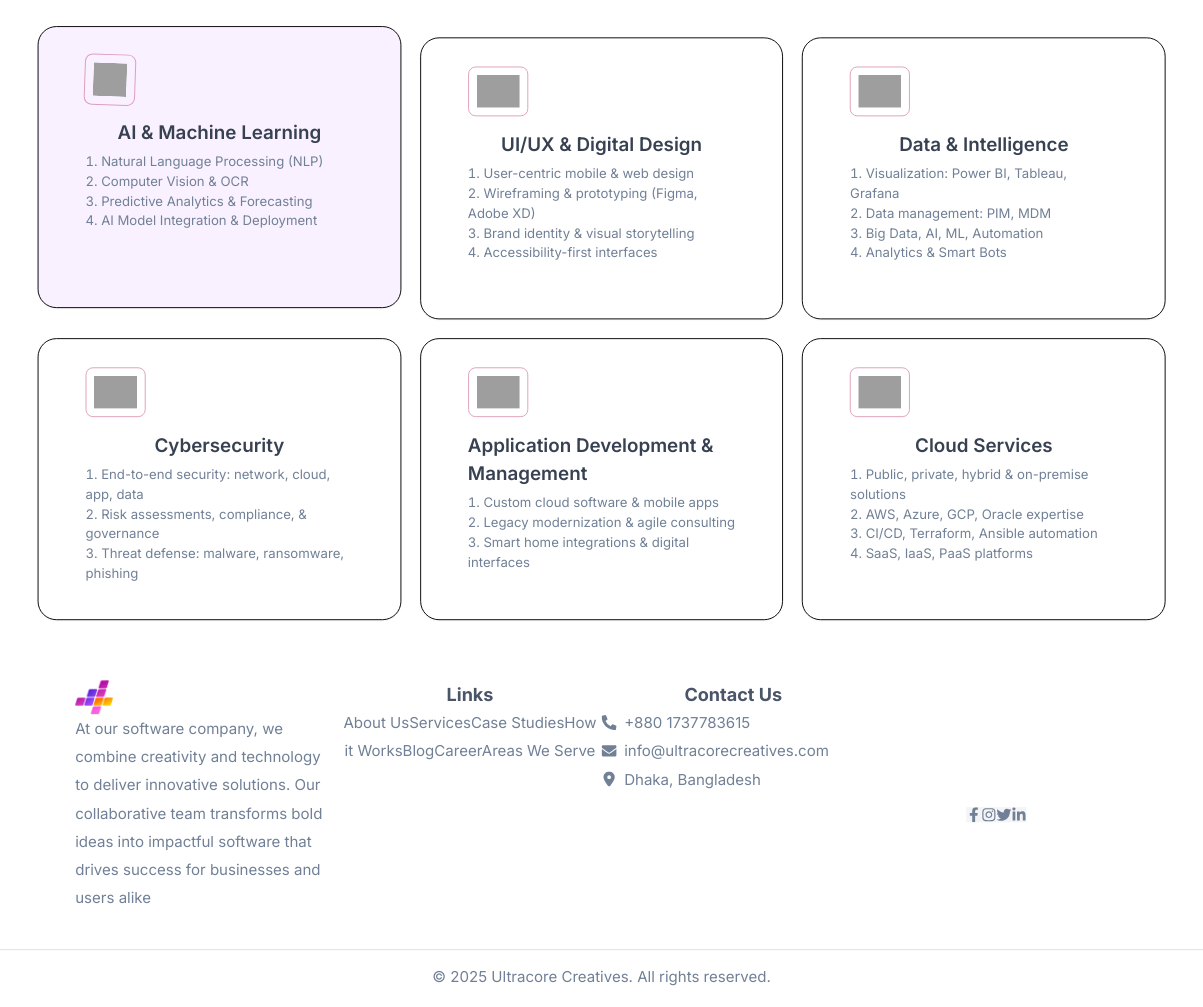
Repository: nazifat/ultra-core
Page: /services
An editor plug-in stored every save of this project. The page is shown before and after the next save, followed by the edit.
The browser window is 1280 px wide. The pictures show the part of the page from y = 754 to 1825 px (the page is 1825 px tall), at 94% of full size.
The pointer rests on the first visible `.hover-card`.
Pictures or frames that could not be fetched are drawn as grey boxes. Backgrounds fixed to the window are drawn as part of the page. The project was rebuilt for these pictures with package versions that can differ from the ones it lists, and the page was loaded fresh each time. Also part of the build but not shown: vite.config.js, src/App.jsx, src/Pages/ErrorPage/ErrorPage.jsx, src/Components/Divider/Divider.jsx, src/Components/CustomHeader/CustomHeader.jsx, src/Pages/Home/Approach/Approach.jsx, src/Pages/Home/Banner/Banner.jsx, src/Pages/Home/BoldIdeas/BoldIdeas.jsx and 22 more.

Above is the page before, as saved 2025-07-10 14:24:33.

After the next save:
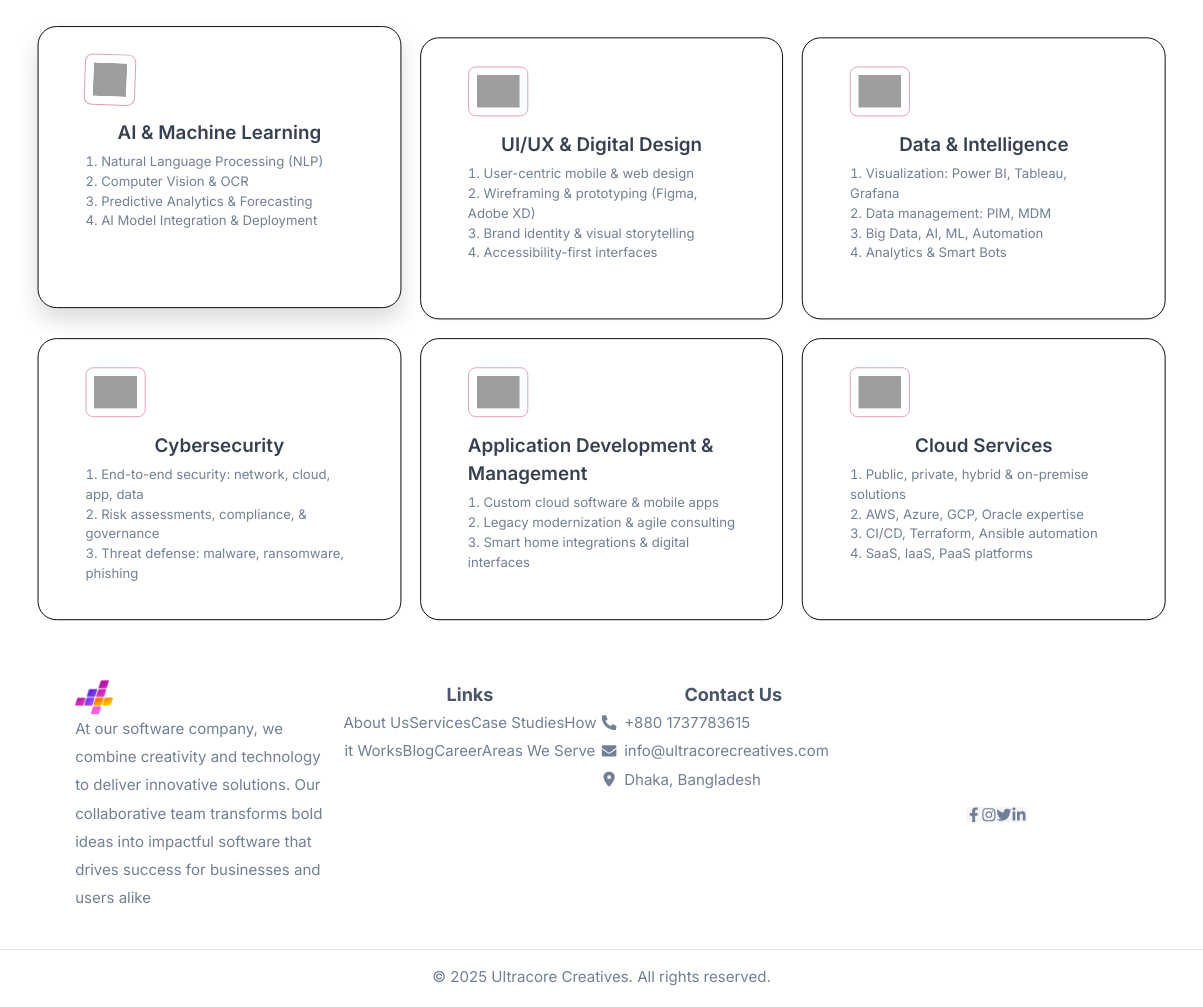
Saved 8 s later.
--- a/src/Pages/Services/Services.css
+++ b/src/Pages/Services/Services.css
@@ -4,7 +4,7 @@
 
 .hover-card:hover {
   transform: translateY(-12px); /* Moves card upward */
-  background-color: #f9f1ff;    Optional background change
+  /* background-color: #f9f1ff;    Optional background change */
   box-shadow: 0 12px 24px rgba(0, 0, 0, 0.15); /* Slightly deeper shadow */
   cursor: pointer;
 }
